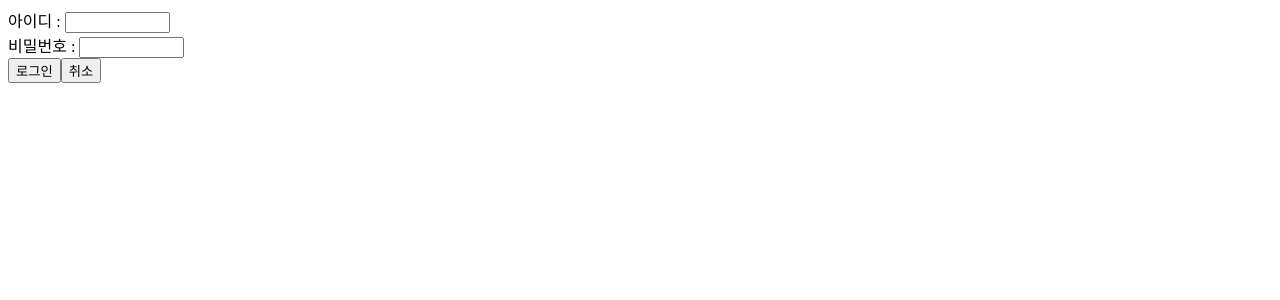
Repository: taeeun2/java_web
Page: http://localhost/webapp/lecture/members/LogInForm.jsp
These files come from the project's save history. The page is drawn as it stood at one moment and after the next save; the edit follows.
The browser window is 1280 px wide. The pictures show the whole page.
The page is served by Tomcat 9. Other server files are loaded and not shown.

Above is the page before, as saved 2021-10-01 14:29:50.

### webapp/WebContent/lecture/members/LogInForm.jsp
<%@ page language="java" contentType="text/html; charset=EUC-KR"
    pageEncoding="EUC-KR"%>
<!DOCTYPE html>
<html>
<head>
<meta charset="EUC-KR">
<title>Insert title here</title>
</head>
<body>
	<form action="/webapp/UserInfoLoginServlet" method="post">
		아이디 : <input  type = "text" name = "id" size = "10" ><br>
		비밀번호 : <input type = "password" name = "pw" size = "10"><br>
		<input class = "btn1" type = "submit" value = "로그인"><input class = "btn2" type = "reset" value ="취소">
	</form>
</body>
</html>

After the next save:
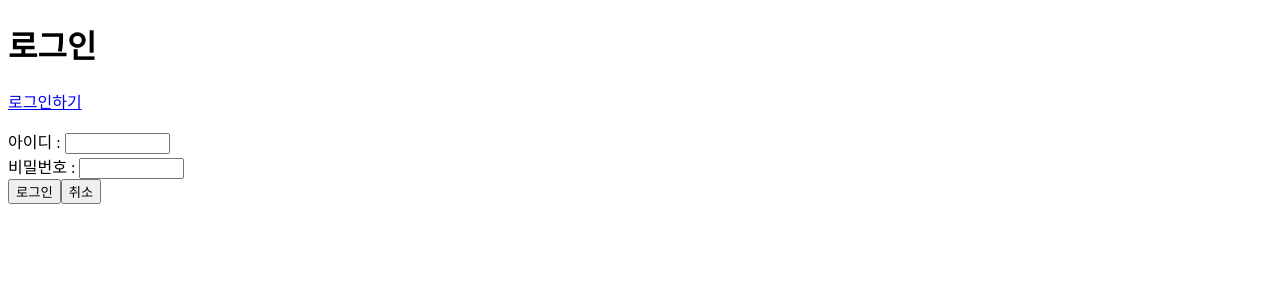
Saved 33 min 27 s later.
--- a/webapp/WebContent/lecture/members/LogInForm.jsp
+++ b/webapp/WebContent/lecture/members/LogInForm.jsp
@@ -1,12 +1,15 @@
 <%@ page language="java" contentType="text/html; charset=EUC-KR"
     pageEncoding="EUC-KR"%>
-<!DOCTYPE html>
+<!DOCTYPE html PUBLIC "-//W3C//DTD HTML 4.01 Transitional//EN"
+"http://www.w3.org/TR/html4/loose.dtd">
 <html>
 <head>
-<meta charset="EUC-KR">
+<meta http-equiv="Content-Type" content="text/html; charset=UTF-8">
 <title>Insert title here</title>
 </head>
 <body>
+<h1>로그인</h1>
+<p><a href="add.do">로그인하기</a></p>
 	<form action="/webapp/UserInfoLoginServlet" method="post">
 		아이디 : <input  type = "text" name = "id" size = "10" ><br>
 		비밀번호 : <input type = "password" name = "pw" size = "10"><br>
